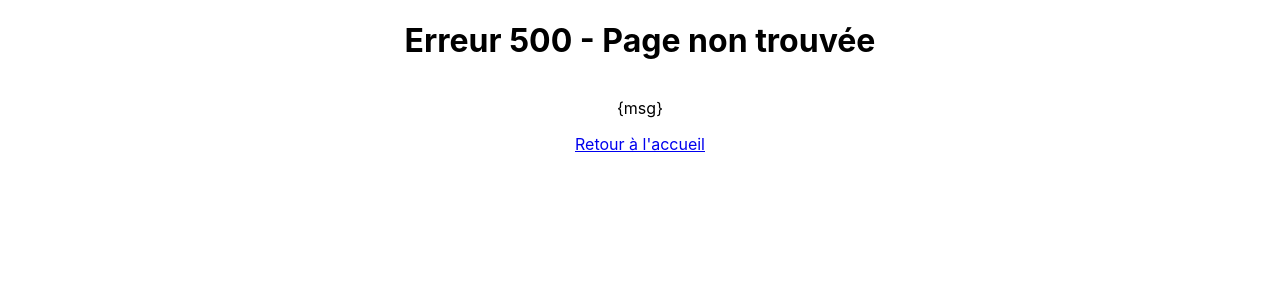
Repository: BAAOUA/Front_Pointage
Page: /Erruer/{msg}
These files come from the project's save history. The page is drawn as it stood at one moment and after the next save; the edit follows.
The browser window is 1280 px wide. The pictures show the whole page.
The project was rebuilt for these pictures with package versions that can differ from the ones it lists, and the page was loaded fresh each time. Also part of the build but not shown: src/App.css, src/composantes/Principale.jsx, src/composantes/AddEmployees.jsx, src/composantes/ListEmployees.jsx, src/composantes/Login.jsx.

Above is the page before, as saved 2025-02-20 10:36:16.

After the next save:
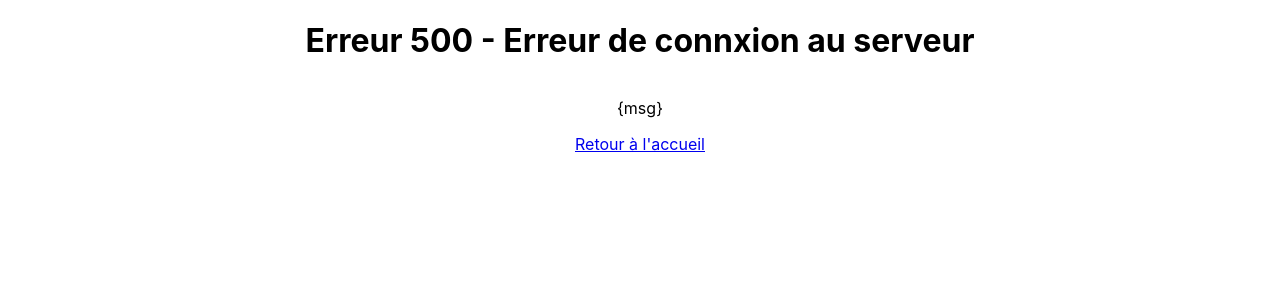
Saved 34 s later.
--- a/src/composantes/ServerError.jsx
+++ b/src/composantes/ServerError.jsx
@@ -5,7 +5,7 @@ export default function Error500(){
   const {msg} = useParams('msg')
   return (
     <div className="container">
-      <h1>Erreur 500 - Page non trouvée</h1>
+      <h1>Erreur 500 - Erreur de connxion au serveur</h1>
       <p>{msg}</p>
       <Link to="/">Retour à l'accueil</Link>
     </div>
